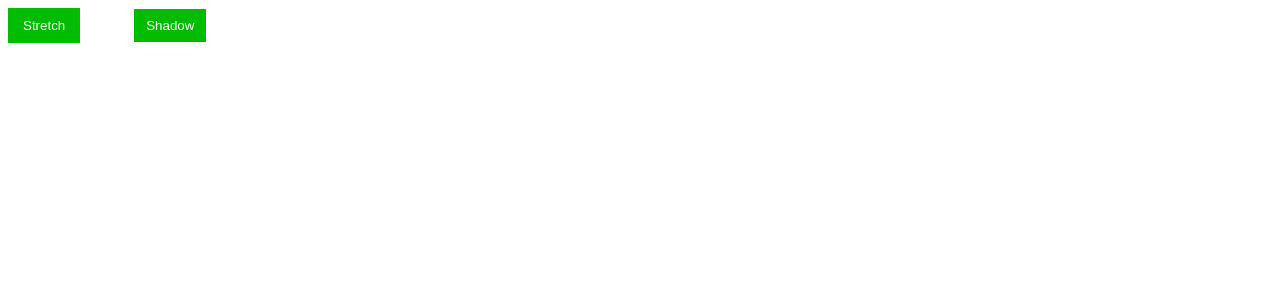
Repository: Kurumilli/Youtube
Page: 4i.html
These files come from the project's save history. The page is drawn as it stood at one moment and after the next save; the edit follows.
The browser window is 1280 px wide. The pictures show the whole page.

Above is the page before, as saved 2025-01-29 20:03:57.

After the next save:
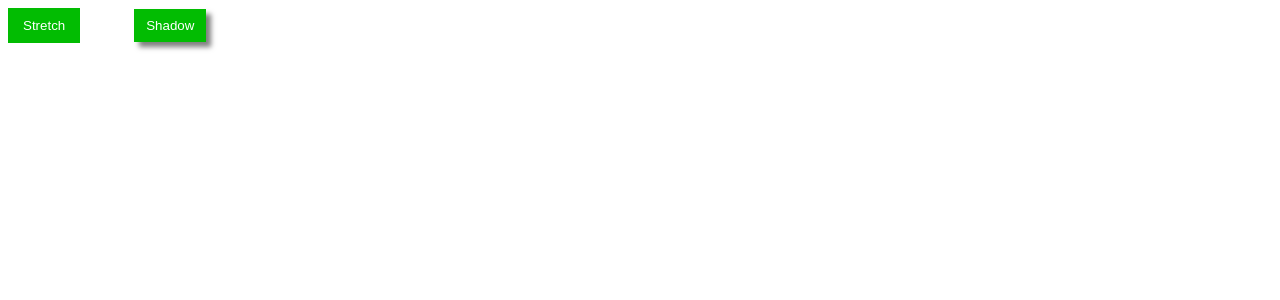
Saved 15 s later.
--- a/4i.html
+++ b/4i.html
@@ -33,7 +33,7 @@ border: none;
 color: white;
 cursor: pointer;
 background-color: rgb(2, 188, 2);
-box-shadow: 5px 5px 5px rgba(0,0,0, 10px);
+box-shadow: 5px 5px 5px rgba(0,0,0,0.5);
 }
 
 .shadow:active{
